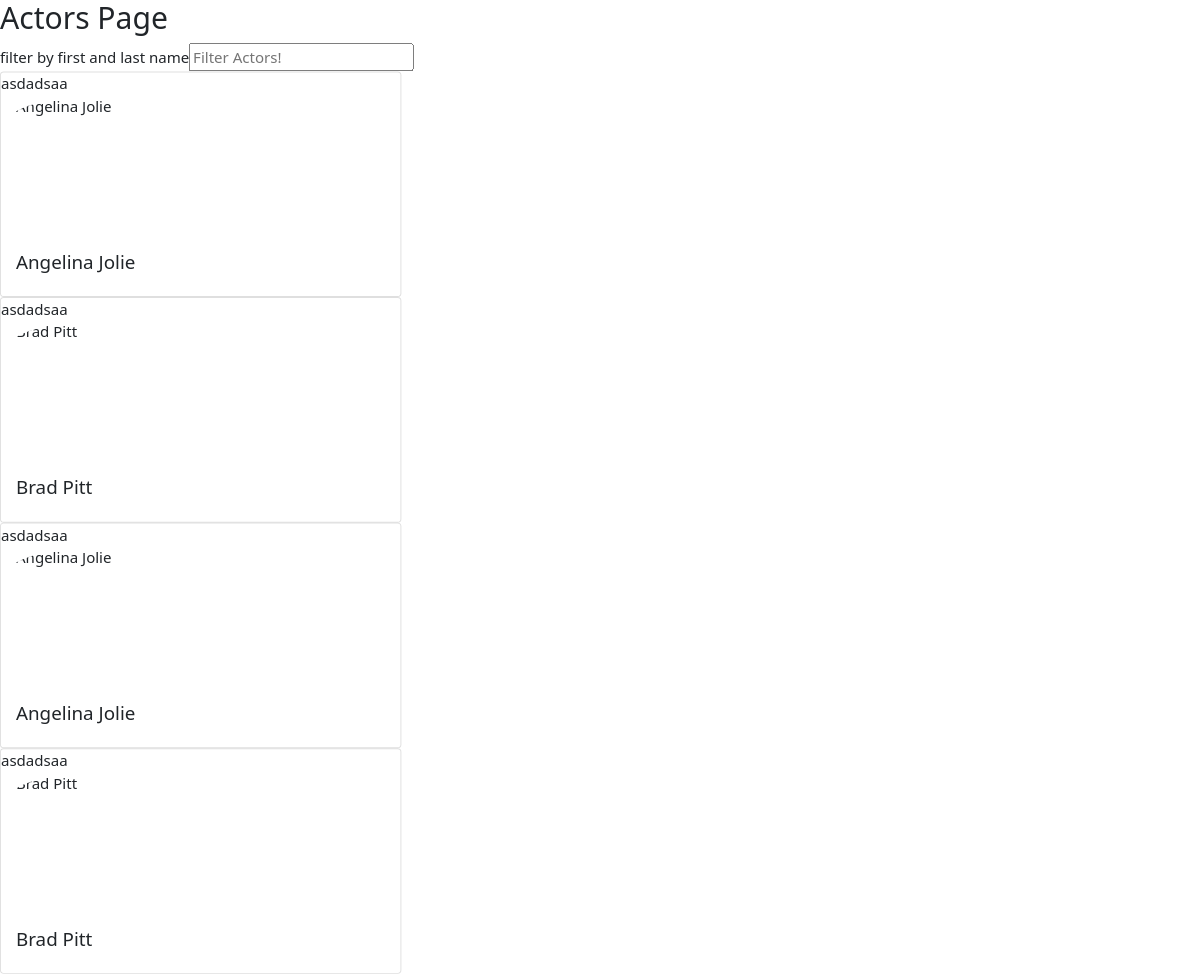
Repository: shuroo/FECourse-react-movieapp
Page: /
An editor plug-in stored every save of this project. The page is shown before and after the next save, followed by the edit.
The browser window is 1280 px wide. The pictures show the whole page, at 94% of full size.
The project was rebuilt for these pictures with package versions that can differ from the ones it lists, and the page was loaded fresh each time. Also part of the build but not shown: src/App.css.

Above is the page before, as saved 2021-07-24 06:57:05.

After the next save:
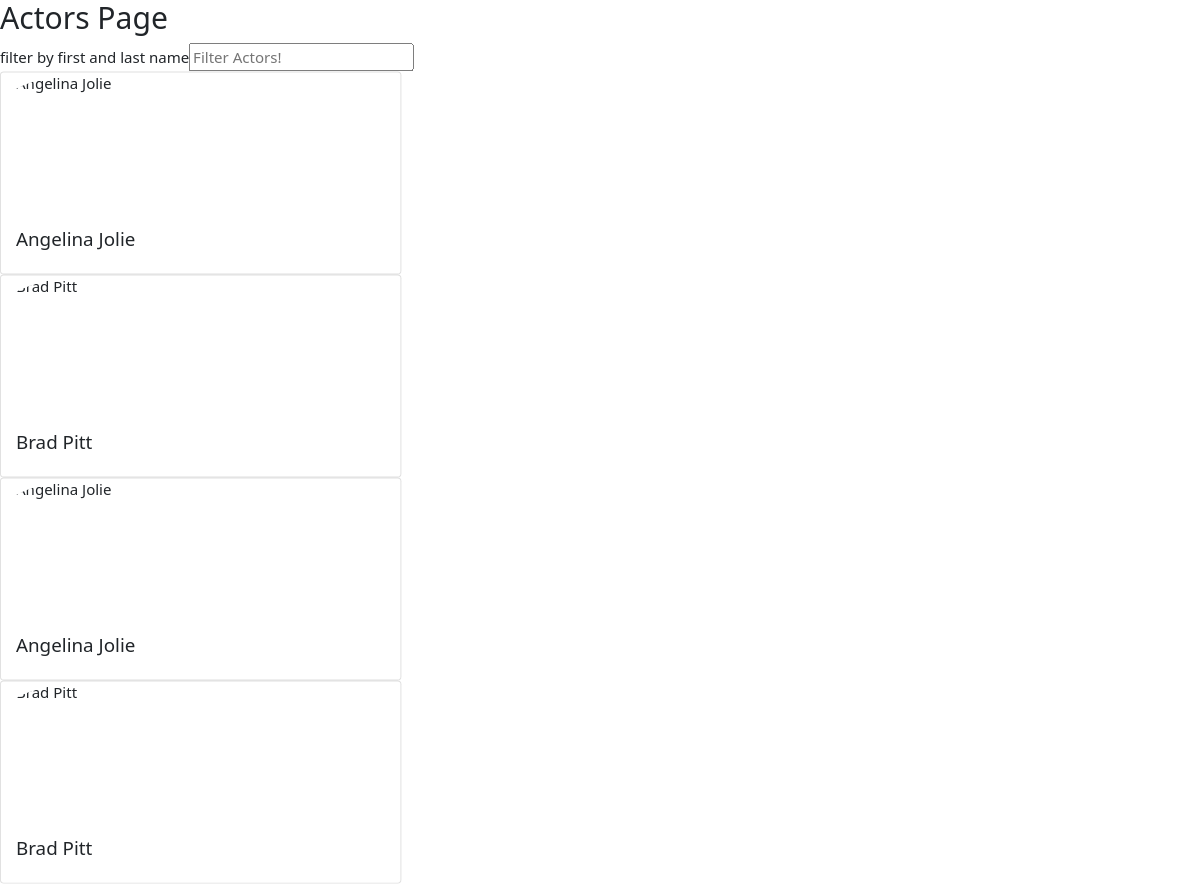
Saved 6 s later.
--- a/src/components/CardComponent.jsx
+++ b/src/components/CardComponent.jsx
@@ -9,7 +9,7 @@ function CardComponent({actor}) {
 
 
 <div className=" card col col-md-4 col-lg-4 col-sm-4" onClick={()=>(alert())}>
- asdadsaa
+
   <img className="actorImg card-img-top" src={actor.myImg} alt={actor.firstName+" "+actor.lastName}/>
   <div className="card-body">
     <h5 className="card-title">{actor.firstName} {actor.lastName}</h5>
